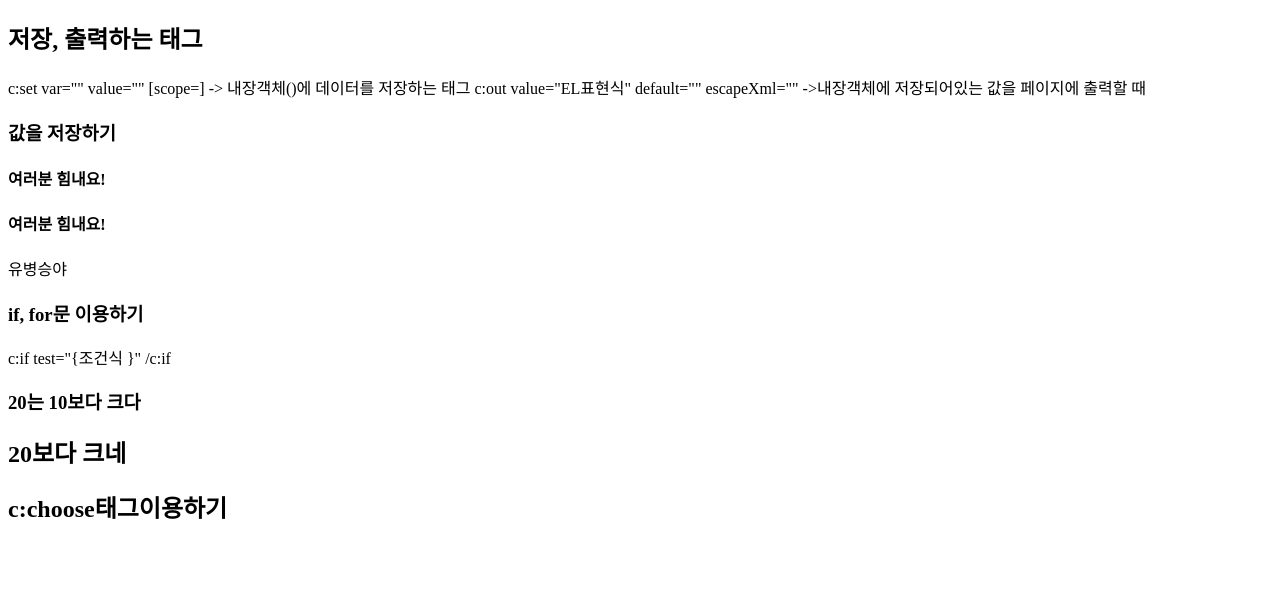
Repository: simjiho/week
Page: http://localhost/el_jstl/views/jstl/02_controltag.jsp
These files come from the project's save history. The page is drawn as it stood at one moment and after the next save; the edit follows.
The browser window is 1280 px wide. The pictures show the whole page.
The page is served by Tomcat 9. Other server files are loaded and not shown.

Above is the page before, as saved 2024-04-20 06:30:33.

### workspace/el_jstl/src/main/webapp/views/jstl/02_controltag.jsp
<%@ page language="java" contentType="text/html; charset=UTF-8"
    pageEncoding="UTF-8"%>
<%@ taglib prefix="c" uri="http://java.sun.com/jsp/jstl/core" %>
<!DOCTYPE html>
<html>
<head>
<meta charset="UTF-8">
<title>코어태그 사용하기</title>
</head>
<body>
	<h2>저장, 출력하는 태그</h2>
	<p>
		c:set var="" value="" [scope=] -> 내장객체()에 데이터를 저장하는 태그
		c:out value="EL표현식" default="" escapeXml="" ->내장객체에 저장되어있는 값을 페이지에 출력할 때 <br>
	</p>
	<h3>값을 저장하기</h3>
	<c:set var="comment" value="여러분 힘내요!"/>
	<h4><c:out value="${comment}"/></h4>
	<h4>${comment}</h4>
	<c:set var="test" value="<script>alert('짠!');</script>"/>
	<p><c:out value="${test }" escapeXml="false"/></p>
	<c:set var="bs" value="유병승"/>
	<p><c:out value="${bs }" default="bs없어!"/>야</p>


	<h3>if, for문 이용하기</h3>
	<p>
		c:if test="{조건식 }" /c:if
	</p>

	<c:set var="su" value="20"/>
	<%-- <%if(pageContext.getAttribute("su")>10) { %>

	<% } %> --%>

	<c:if test="${su>10 }">
		<h3><c:out value="${su }"/>는 10보다 크다</h3>
	</c:if>
	<c:if test="${su<10 }">
		<h3><c:out value="${su }"/>는 10보다 크다</h3>
	</c:if>
	<c:if test="${su>5 }">
		<c:if test="${su>10 }">
			<h2>20보다 크네</h2>
		</c:if>
	</c:if>

	<h2>c:choose태그이용하기</h2>

</body>
</html>

After the next save:
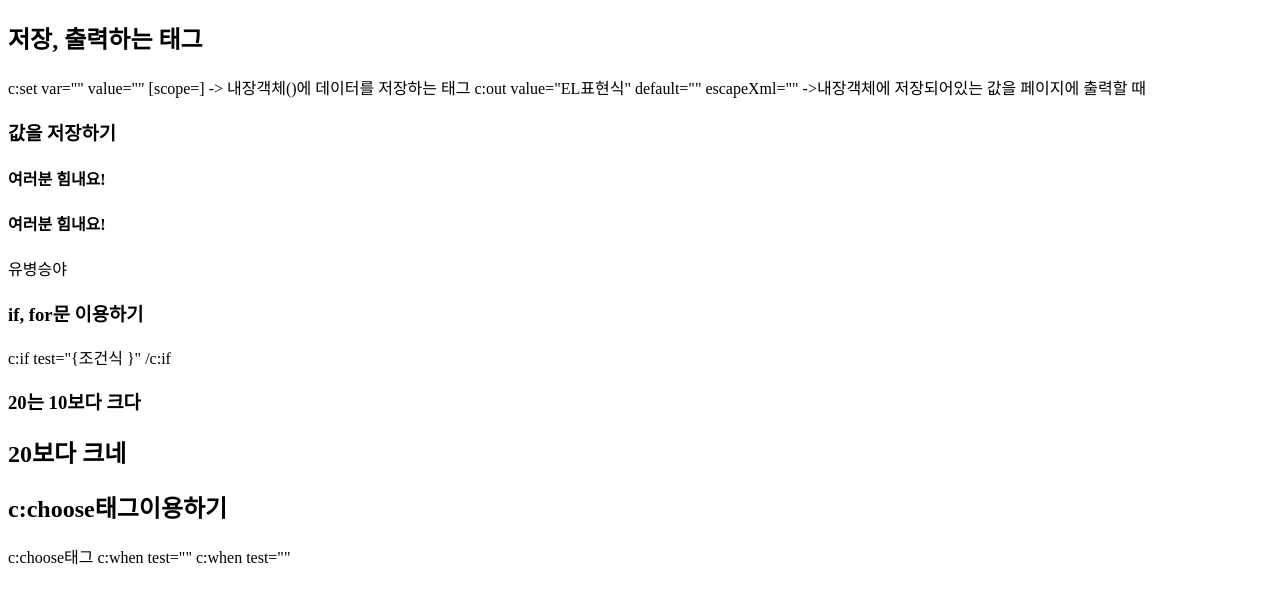
Saved 83 s later.
--- a/workspace/el_jstl/src/main/webapp/views/jstl/02_controltag.jsp
+++ b/workspace/el_jstl/src/main/webapp/views/jstl/02_controltag.jsp
@@ -46,6 +46,12 @@
 	</c:if>
 
 	<h2>c:choose태그이용하기</h2>
+	<p>
+		c:choose태그
+			c:when test=""
+			c:when test=""
+	</p>
+
 
 </body>
 </html>
